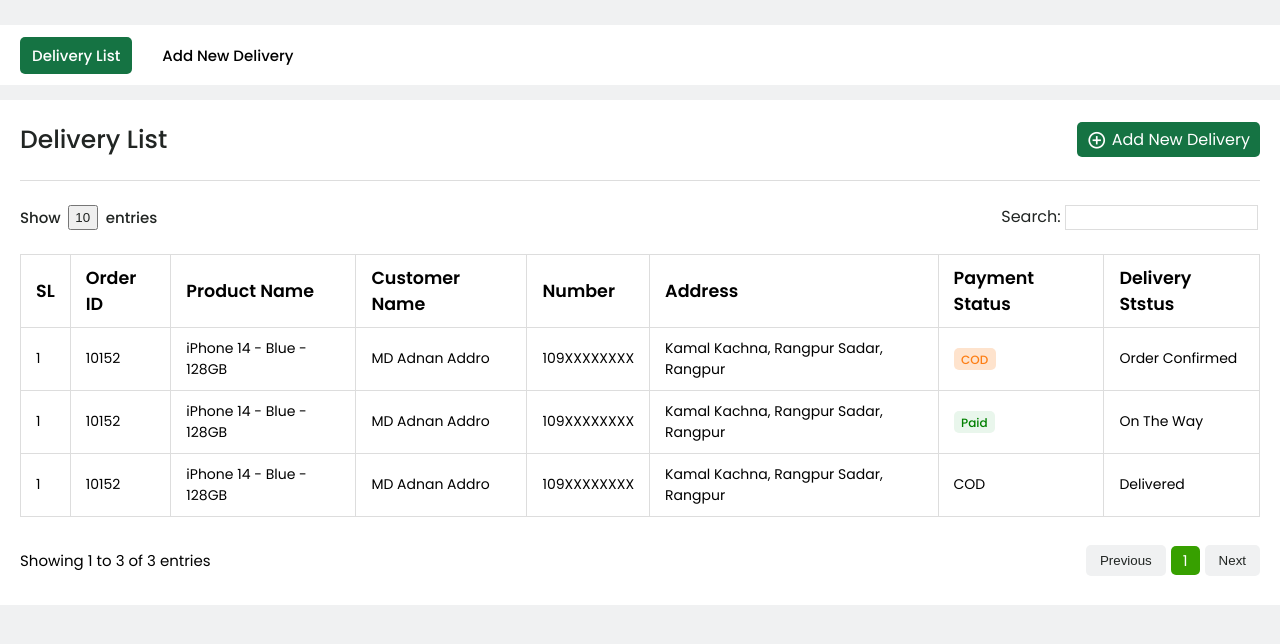
Repository: codebyaddro/delivery-page
Page: delivery.html
The author's editor kept a copy of each file at every save. The page is drawn from the files as they stood at one save, then again after a run of saves.
The browser window is 1280 px wide. The pictures show the whole page.

Above is the page before, as saved 2025-02-27 14:03:30.

### delivery.html
<!DOCTYPE html>
<html lang="en">
<head>
    <meta charset="UTF-8">
    <meta name="viewport" content="width=device-width, initial-scale=1.0">
    <link rel="stylesheet" href="/delivery.css">
    <link href='https://unpkg.com/boxicons@2.1.4/css/boxicons.min.css' rel='stylesheet'>
    <title>Document</title>
</head>
<body>
    <div class="brand-container">
        <div class="top-menus">
            <ul>
                <li><a href="/index.html" class="active-menu">Delivery List</a></li>
                <li><a href="/inner-page/html/anb.html" class="light-up">Add New Delivery</a></li>
            </ul>
        </div>
        <div class="list-container">
            <div class="heading-add-new-btn">
                <div class="heading">
                    <h2>Delivery List</h2>
                </div>
                <div class="add-new-btn">
                    <i class='add-icon bx bx-plus-circle'></i>
                    <a href="/inner-page/html/anb.html">Add New Delivery</a>
                </div>
            </div>
            <div class="list-short-dpdwn-search-box">
                <div class="list-short-dpdwn">
                    <h3>Show</h3>
                    <select name="10" id="">
                        <option value="">10</option>
                        <option value="">20</option>
                        <option value="">30</option>
                        <option value="">All</option>
                    </select>
                    <h3>entries</h3>
                </div>
                <div class="search-box">
                    <legend>Search: <input type="text"></legend>
                </div>
            </div>
            <div class="table-list">
                <table>
                    <thead>
                        <tr>
                            <th title="SL">SL</th>
                            <th title="Code">Order ID</th>
                            <th title="Code">Product Name</th>
                            <th title="Code">Customer Name</th>
                            <th title="Category Name">Number</th>
                            <th title="Category Name">Address</th>
                            <th title="Status">Payment Status</th>
                            <th title="Action">Delivery Ststus</th>
                        </tr>
                    </thead>
                    <tbody>
                        <tr>
                            <td>1</td>
                            <td>10152</td>
                            <td>iPhone 14 - Blue - 128GB</td>
                            <td>MD Adnan Addro</td>
                            <td>109XXXXXXXX</td>
                            <td>Kamal Kachna, Rangpur Sadar, Rangpur</td>
                            <td><span class="ps-cod">COD</span></td>
                            <td><span>Order Confirmed</span></td>
                        </tr>
                        <tr>
                            <td>1</td>
                            <td>10152</td>
                            <td>iPhone 14 - Blue - 128GB</td>
                            <td>MD Adnan Addro</td>
                            <td>109XXXXXXXX</td>
                            <td>Kamal Kachna, Rangpur Sadar, Rangpur</td>
                            <td><span class="ps-paid">Paid</span></td>
                            <td><span>On The Way</span></td>
                        </tr>
                        <tr>
                            <td>1</td>
                            <td>10152</td>
                            <td>iPhone 14 - Blue - 128GB</td>
                            <td>MD Adnan Addro</td>
                            <td>109XXXXXXXX</td>
                            <td>Kamal Kachna, Rangpur Sadar, Rangpur</td>
                            <td><span class="active">COD</span></td>
                            <td><span>Delivered</span></td>
                        </tr>
                    </tbody>
                </table>
            </div>
            <div class="entries-details-list-page-btn">
                <div class="entries-details">
                    Showing <span>1</span> to <span>3</span> of <span>3</span> entries
                </div>
                <div class="list-page-btn">
                    <button>Previous</button>
                    <h4><span>1</span></h4>
                    <button>Next</button>
                </div>
            </div>
        </div>
    </div>
</body>
</html>

### delivery.css
/* -- fonts -- */
@import url('https://fonts.googleapis.com/css2?family=Poppins:ital,wght@0,100;0,200;0,300;0,400;0,500;0,600;0,700;0,800;0,900;1,100;1,200;1,300;1,400;1,500;1,600;1,700;1,800;1,900&family=Raleway:ital,wght@0,100..900;1,100..900&family=Roboto:ital,wght@0,100;0,300;0,400;0,500;0,700;0,900;1,100;1,300;1,400;1,500;1,700;1,900&family=VT323&display=swap');

/* -- root -- */

:root {
    --gray-white: #F0F1F2;
    --white: #FFFFFF;
    --black: #000000;
    --gray-black: #DDDDDD;
    --light-black: #212523;
    --light-black-op: #21252350;
    --main-green: #157343;
    --main-light: #37A000;
    --orange: #FD7E14;
    --lt-orange: #fee3cd;
    --green: #008000;
    --light-green: #e9f6ec;
    --red: #FF0000;
    --light-red: #fbeaec;
}

/* ---------- */

* {
    box-sizing: border-box;
}

body {
    margin: 0;
    padding: 0;
    font-family: "Poppins", serif;
    background-color: var(--gray-white);
}

::selection {
    color: var(--white);
    background-color: var(--main-light);
}

/* -- category container style -- */

.brand-container {
    width: 100%;
    margin-top: 25px;
}

/* -- top menus style--  */

.top-menus {
    background-color: var(--white);
    display: flex;
    justify-content: left;
    align-items: center;
    height: 60px;
    margin-bottom: 15px;
}

.top-menus ul {
    list-style-type: none;
    display: flex;
    gap: 30px;
    margin-left: -20px;
}

.top-menus ul li a {
    text-decoration: none;
    color: var(--black);
    font-size: 15px;
    font-weight: 500;
}

/* -- active menu style -- */

.active-menu {
    color: var(--white)!important;
    background-color: var(--main-green);
    padding: 8px 12px;
    border-radius: 5px;
}

/* -- menu hover style -- */

.light-up:hover {
    color: var(--light-orange);
}

/* -- list container style -- */

.list-container {
    background-color: var(--white);
    padding: 0px 20px;
}

/* -- heading-add-new-btn style -- */

.heading-add-new-btn {
    display: flex;
    justify-content: space-between;
    align-items: center;
    border-bottom: 1px solid var(--gray-black) ;
}

.heading h2 {
    color: var(--light-black);
    font-size: 25px;
    font-weight: 500;
}

/* -- add-new-btn style -- */

.add-new-btn {
    display: flex;
    gap: 5px;
    justify-content: baseline;
    align-items: center;
}

.add-new-btn {
    background-color: var(--main-green);
    padding: 5px 10px;
    border-radius: 5px;
}

.add-new-btn a {
    color: var(--white);
    text-decoration: none;
}

.add-icon {
    color: var(--white);
    font-size: 20px;
}

/* -- list-short-dpdwn-search-box style -- */

.list-short-dpdwn-search-box {
    display: flex;
    justify-content: space-between;
    align-items: center;
    padding: 10px 0px;
}

/* -- list-short-dpdwn style -- */

.list-short-dpdwn {
    display: flex;
    gap: 7.5px;
    align-items: center;
}

.list-short-dpdwn h3 {
    color: var(--light-black);
    font-size: 15px;
    font-weight: 500;
}

.list-short-dpdwn select {
    color: var(--light-black);
    appearance: none;
    height: 25px;
    width: 30px;
    padding-left: 6px;
    outline: none;
    border-radius: 2.5px;
}

/* -- search-box style -- */

.search-box {
    display: flex;
    align-items: center;
}

.search-box legend {
    color: var(--light-black);
}

.search-box input {
    outline: none;
    height: 25px;
    width: 193px;
    border: 1px solid var(--gray-black);
}

/* -- table-list style --*/

table {
    border-collapse: collapse;
    width: 100%;
}

/* -- thead style -- */

thead {
    cursor: pointer;
}

th, td {
    border: 1px solid var(--gray-black);
    padding: 10px 15px;
}

thead tr th {
    font-size: 17.5px;
    font-weight: 600;
    text-align: left;
}

tbody tr td {
    font-size: 14px;
}

tbody tr:hover {
    background-color: var(--gray-white);
}

/* -- tbody style -- */

/* status style */

.ps-paid {
    color: var(--green);
    background-color: var(--light-green);
    font-size: 12px;
    font-weight: 500;
    padding: 2.5px 7.5px;
    border-radius: 5px;
}

.ps-cod {
    color: var(--orange);
    background-color: var(--lt-orange);
    font-size: 12px;
    font-weight: 500;
    padding: 2.5px 7.5px;
    border-radius: 5px;
}

/* -- action style -- */

.edit-icon {
    color: var(--green);
    background-color: var(--light-green);
    padding: 7px 7px;
    margin-right: 2.5px;
    border: 1px solid var(--green);
    font-size: 20px;
}

.edit-icon:hover {
    background-color: var(--light-black-op);
}

.delete-icon {
    color: var(--red);
    background-color: var(--light-red);
    padding: 7px 7px;
    margin-left: 2.5px;
    border: 1px solid var(--red);
    font-size: 20px;
}

.delete-icon:hover {
    background-color: var(--light-black-op);
}

/* -- entries-details-list-page-btn style -- */

.entries-details-list-page-btn {
    display: flex;
    justify-content: space-between;
    align-items: center;
    padding: 10px 0px;
}

.entries-details {
    color: var(--black);
    font-size: 15px;
}

.list-page-btn {
    display: flex;
    gap: 5px;
    align-items: center;
}

.list-page-btn button {
    color: var(--light-black);
    background-color: var(--gray-white);
    padding: 8px 14px;
    border: none;
    border-radius: 5px;
    cursor: pointer;
}

.list-page-btn h4 {
    color: var(--white);
    background-color: var(--main-light);
    font-size: 15px;
    font-weight: 400;
    padding: 3px 12px;
    border-radius: 5px;
}

After the next 4 saves:
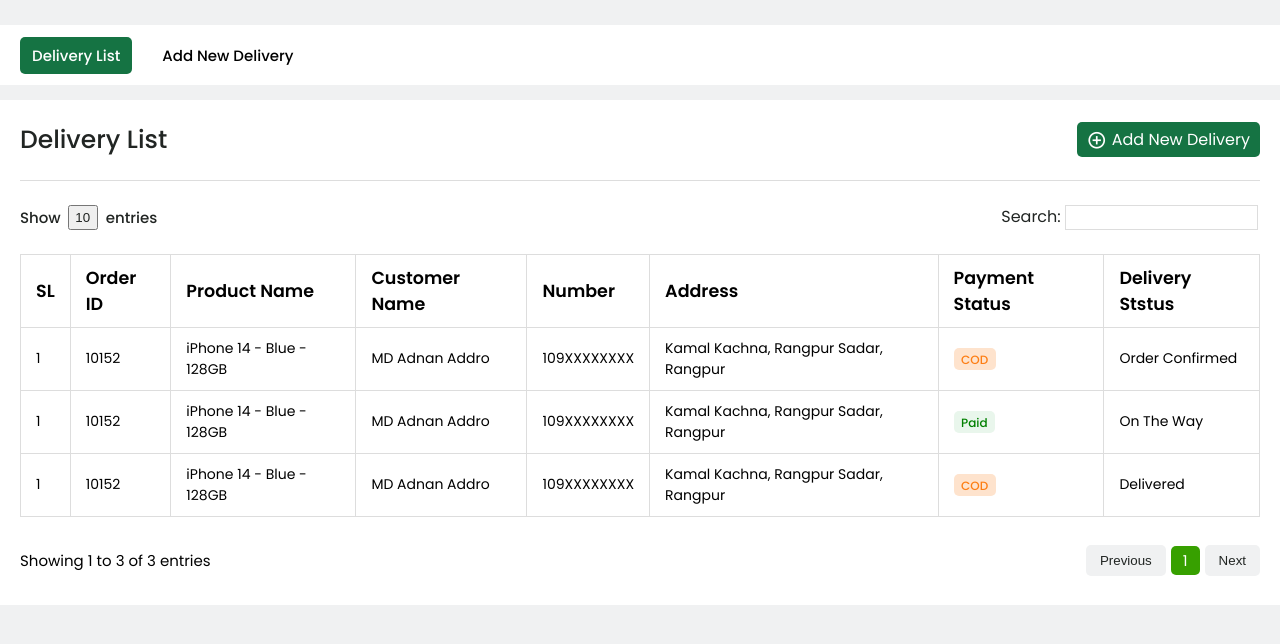
The 4 saves are shown as one change because they came seconds apart.
The last was saved 24 s later.
--- a/delivery.html
+++ b/delivery.html
@@ -82,7 +82,7 @@
                             <td>MD Adnan Addro</td>
                             <td>109XXXXXXXX</td>
                             <td>Kamal Kachna, Rangpur Sadar, Rangpur</td>
-                            <td><span class="active">COD</span></td>
+                            <td><span class="ps-cod">COD</span></td>
                             <td><span>Delivered</span></td>
                         </tr>
                     </tbody>
